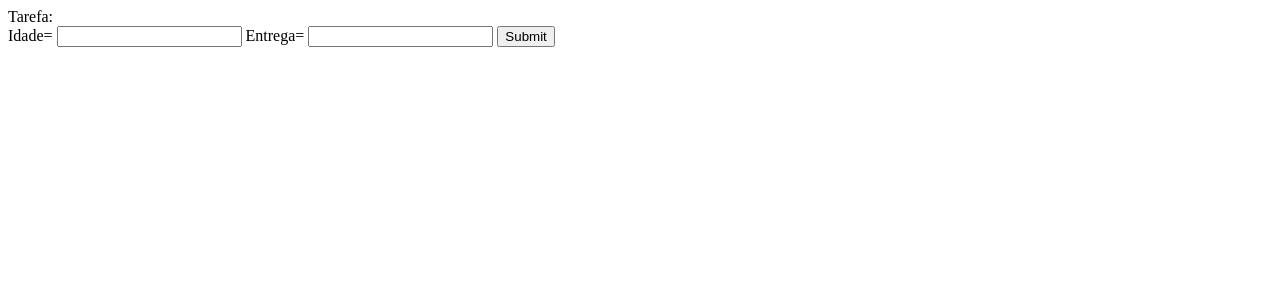
Repository: sophiaks/CRUD
Page: WorkspaceP1/Projeto1/WebContent/form.html
These files come from the project's save history. The page is drawn as it stood at one moment and after the next save; the edit follows.
The browser window is 1280 px wide. The pictures show the whole page.

Above is the page before, as saved 2020-09-20 16:48:56.

After the next save:
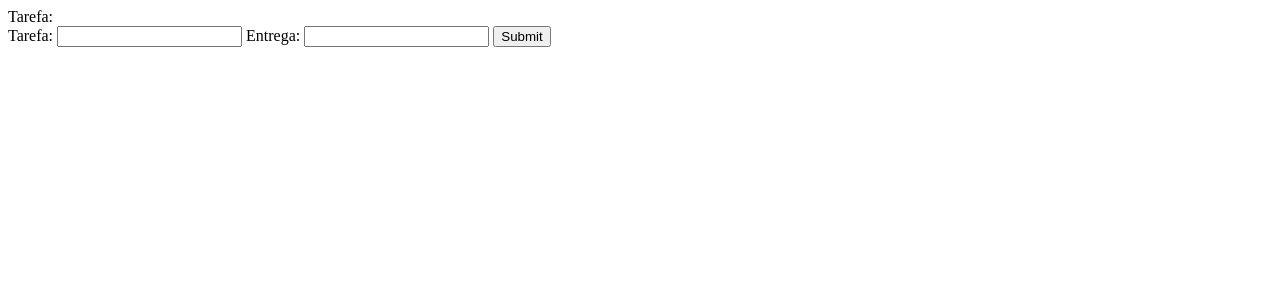
Saved 10 s later.
--- a/WorkspaceP1/Projeto1/WebContent/form.html
+++ b/WorkspaceP1/Projeto1/WebContent/form.html
@@ -7,8 +7,8 @@
 <body>
 	Tarefa:<br />
 	<form action="adicionaTarefa.jsp">
-		Idade= <input type="text" name="tarefa"/>
-		Entrega= <input type="text" name="entrega"/>
+		Tarefa: <input type="text" name="tarefa"/>
+		Entrega: <input type="text" name="entrega"/>
 		<input type="submit" />
 	</form>
 </body>
